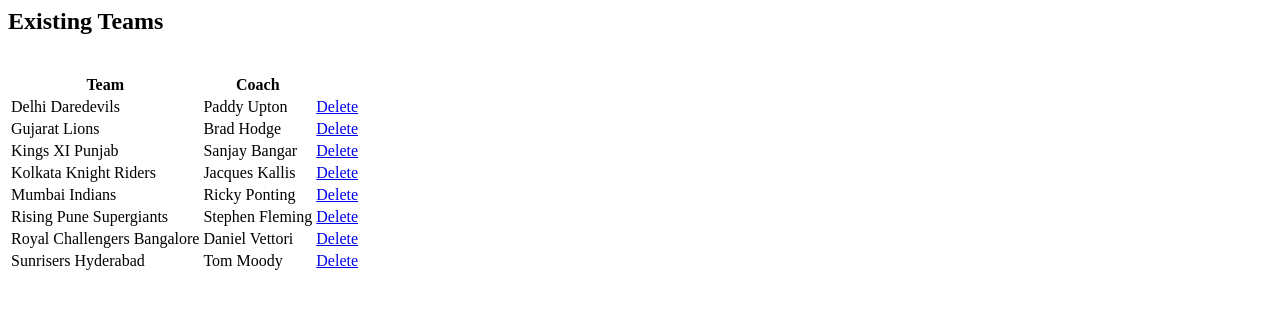
Repository: umng/Learn-to-Program
Page: http://localhost/Remove_team/
These files come from the project's save history. The page is drawn as it stood at one moment and after the next save; the edit follows.
The browser window is 1280 px wide. The pictures show the whole page.
The page is served by Tomcat 9. Other server files are loaded and not shown. The database holds what the project's SQL file puts in it.

Above is the page before, as saved 2017-03-01 08:05:38.

### Java/CTS_SFDC/workspace/Remove team/WebContent/index.jsp
<%@page import="team.City"%>
<%@page import="team.CityBO"%>
<%@page import="team.Team"%>
<%@page import="team.TeamBO"%>
<%@page import="java.util.List"%>
<%
	List<Team> teams = new TeamBO().obtainAllTeams();
%>

<html>
	<body>
		<h2>Existing Teams</h2>
		<br>
		<table id="teams">
			<tbody>
				<tr>
					<th>Team</th>
					<th>Coach</th>
					<th></th>
				</tr>
			<%
				for(Team t: teams) {
					out.print("<tr><td>" + t.getName() + "</td><td>" + t.getCoach() + "</td><td><a href='Delete?id=" + t.getId() + "'>Delete</a></td></tr>");
				}
			%>
			</tbody>
		</table>
	</body>
</html>

### Java/CTS_SFDC/workspace/Remove team/src/team/TeamBO.java
package team;

import java.sql.SQLException;
import java.util.List;

public class TeamBO {
    public List<Team> obtainAllTeams() throws ClassNotFoundException, SQLException{
       return new TeamDAO().obtainAllTeams();
    }
	public Integer deleteTeamById(Integer id) throws ClassNotFoundException, SQLException {
	   return new TeamDAO().deleteTeamById(id);
	}







}

### Java/CTS_SFDC/workspace/Remove team/src/team/TeamDAO.java
package team;

import java.sql.ResultSet;
import java.sql.SQLException;
import java.sql.Statement;
import java.util.ArrayList;
import java.util.List;

public class TeamDAO{

    public List<Team> obtainAllTeams() throws ClassNotFoundException, SQLException {

    	Statement statement = DBConnection.getConnection().createStatement();

    	String sql = "select * from team order by name";

    	ResultSet result = statement.executeQuery(sql);

    	List<Team> teams = new ArrayList<>();

    	while(result.next()) {
    		teams.add(new Team(result.getString("name"), result.getString("coach")));
    	}

    	return teams;
    }

    public Integer deleteTeamById(Integer id) throws SQLException, ClassNotFoundException {

    	Statement statement = DBConnection.getConnection().createStatement();

    	String sql = "delete from team where id=" + id;

    	return statement.executeUpdate(sql);
	}











	}

### Java/CTS_SFDC/workspace/Remove team/src/team/DBConnection.java
package team;




import java.sql.Connection;
import java.sql.DriverManager;
import java.sql.SQLException;
import java.util.ResourceBundle;

public class DBConnection {

	public static Connection getConnection() throws ClassNotFoundException, SQLException
    {
		ResourceBundle rb= ResourceBundle.getBundle("mysql");
        String url=rb.getString("db.url");
        String user=rb.getString("db.username");
        String pass=rb.getString("db.password");

        return DriverManager.getConnection(url,user, pass);
    }
}

### Java/CTS_SFDC/workspace/Remove team/src/team/Team.java
package team;


public class Team {


	private Integer id;
    private String name;
    private String coach;
    private City city;


    public Team(String name,String coach,City city) {
        this.name = name;
        this.coach = coach;
        this.city = city;

    }


    public Integer getId() {
		return id;
	}


	public void setId(Integer id) {
		this.id = id;
	}

    public Team(String name,String coach) {
        this.name = name;
        this.coach = coach;


    }
    Team() {
        throw new UnsupportedOperationException("Not supported yet."); //To change body of generated methods, choose Tools | Templates.
    }





	public String getName() {
        return name;
    }

    public void setName(String name) {
        this.name = name;
    }

    public String getCoach() {
        return coach;
    }

    public void setCoach(String coach) {
        this.coach = coach;
    }

    public City getCity() {
        return city;
    }

    public void setCity(City city) {
        this.city = city;
    }


}

### Java/CTS_SFDC/workspace/Remove team/src/script.sql (the tables this page reads)
create table team(
		id int not null,
		name varchar(100) not null,
		coach varchar(100) not null,
		home_city_id int not null,
		captain int not null,
		primary key(id),
		foreign key(home_city_id)
		references city(id));

insert into team(id,name,coach,home_city_id,captain) values (1,'Delhi Daredevils','Paddy Upton',5,1);

insert into team(id,name,coach,home_city_id,captain) values (2,'Gujarat Lions','Brad Hodge',1,14);

insert into team(id,name,coach,home_city_id,captain) values (3,'Kings XI Punjab','Sanjay Bangar',4,27);

insert into team(id,name,coach,home_city_id,captain) values (4,'Mumbai Indians','Ricky Ponting',8,39);

insert into team(id,name,coach,home_city_id,captain) values (5,'Rising Pune Supergiants','Stephen Fleming',9,51);

insert into team(id,name,coach,home_city_id,captain) values (6,'Sunrisers Hyderabad','Tom Moody',7,63);

insert into team(id,name,coach,home_city_id,captain) values (7,'Royal Challengers Bangalore','Daniel Vettori',6,75);

insert into team(id,name,coach,home_city_id,captain) values (8,'Kolkata Knight Riders','Jacques Kallis',2,87);

After the next save:
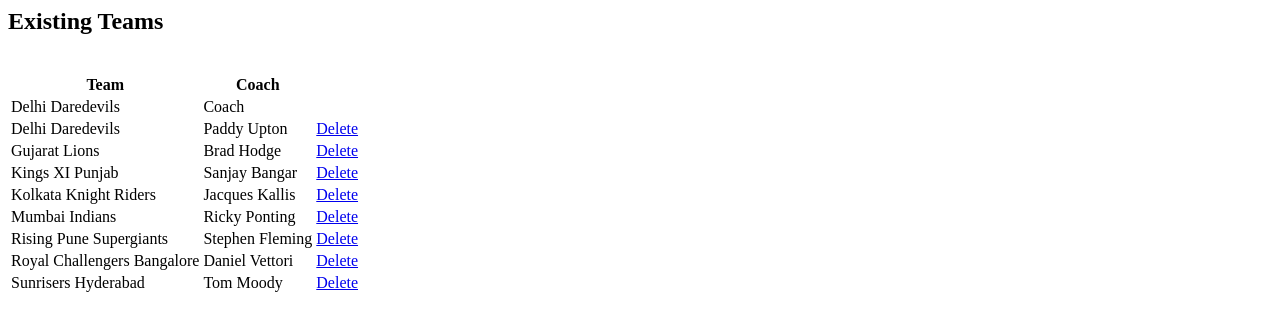
Saved 106 s later.
--- a/Java/CTS_SFDC/workspace/Remove team/WebContent/index.jsp
+++ b/Java/CTS_SFDC/workspace/Remove team/WebContent/index.jsp
@@ -18,6 +18,11 @@
 					<th>Coach</th>
 					<th></th>
 				</tr>
+				<tr>
+					<td>Delhi Daredevils</td>
+					<td>Coach</td>
+					<td></td>
+				</tr>
 			<%
 				for(Team t: teams) {
 					out.print("<tr><td>" + t.getName() + "</td><td>" + t.getCoach() + "</td><td><a href='Delete?id=" + t.getId() + "'>Delete</a></td></tr>");
